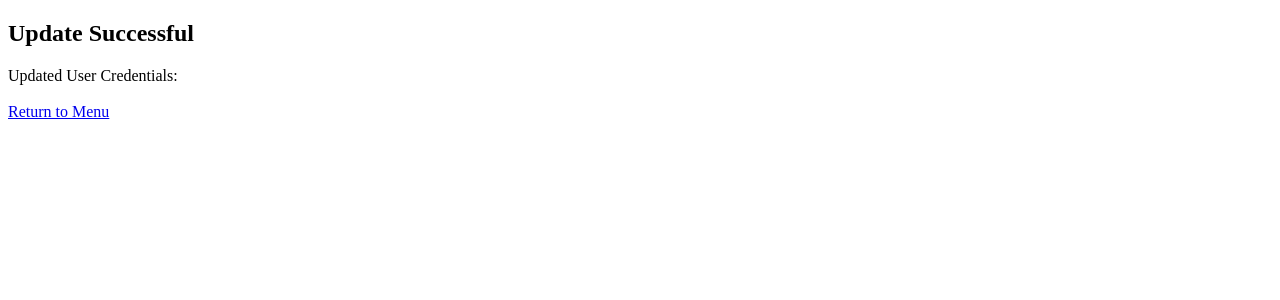
Repository: balinenibhanuprakash444/projects-All-Phases
Page: http://localhost/UpdatingUserInformation/update.jsp
An editor plug-in stored every save of this project. The page is shown before and after the next save, followed by the edit.
The browser window is 1280 px wide. The pictures show the whole page.
The page is served by Tomcat 9. Other server files are loaded and not shown.

Above is the page before, as saved 2022-04-06 08:53:36.

### Phase3Projects/practiseProjects/UpdatingUserInformation/src/main/webapp/update.jsp
<%@ page language="java" contentType="text/html; charset=ISO-8859-1"
    pageEncoding="ISO-8859-1"%>
<!DOCTYPE html>
<html>
<head>
<meta charset="ISO-8859-1">
<title>Insert title here</title>
</head>
<body>
<h2>Update Successful</h2>
Updated User Credentials: ${updatedUser.toString()}
<br/><br/>
<a href="/">Return to Menu</a>
</body>
</html>

After the next save:
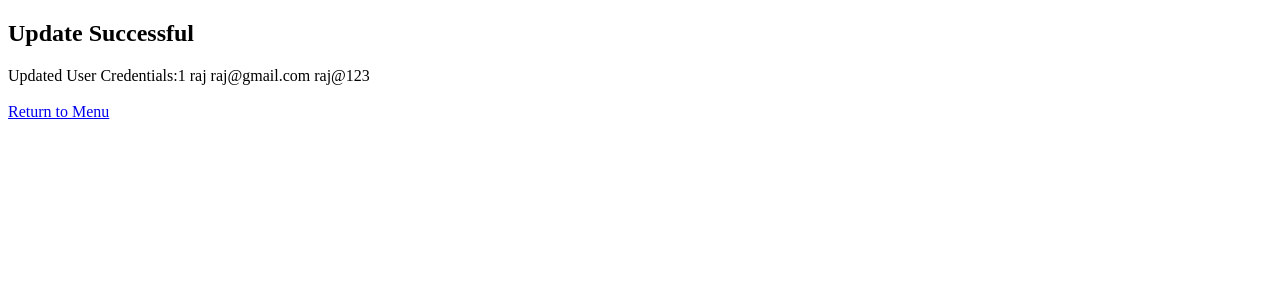
Saved 83 s later.
--- a/Phase3Projects/practiseProjects/UpdatingUserInformation/src/main/webapp/update.jsp
+++ b/Phase3Projects/practiseProjects/UpdatingUserInformation/src/main/webapp/update.jsp
@@ -8,7 +8,7 @@
 </head>
 <body>
 <h2>Update Successful</h2>
-Updated User Credentials: ${updatedUser.toString()}
+Updated User Credentials:1 raj raj@gmail.com raj@123 ${updatedUser.toString()}
 <br/><br/>
 <a href="/">Return to Menu</a>
 </body>

After the save that followed:
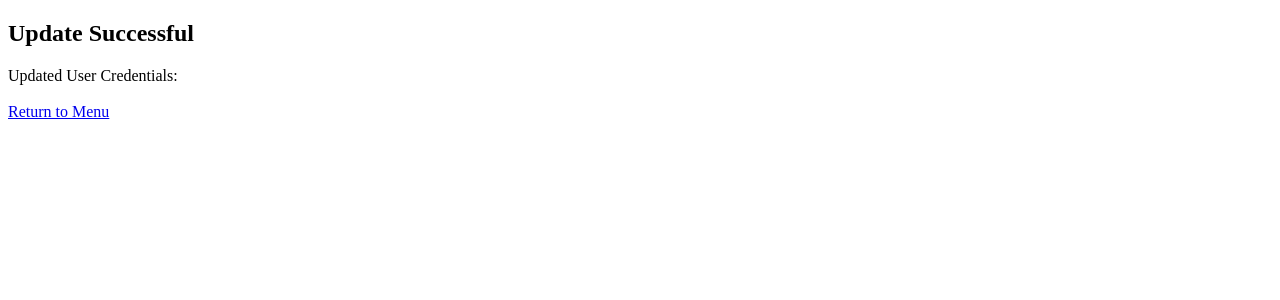
Saved 6 min 53 s later.
--- a/Phase3Projects/practiseProjects/UpdatingUserInformation/src/main/webapp/update.jsp
+++ b/Phase3Projects/practiseProjects/UpdatingUserInformation/src/main/webapp/update.jsp
@@ -8,7 +8,7 @@
 </head>
 <body>
 <h2>Update Successful</h2>
-Updated User Credentials:1 raj raj@gmail.com raj@123 ${updatedUser.toString()}
+Updated User Credentials:${updatedUser.toString()}
 <br/><br/>
 <a href="/">Return to Menu</a>
 </body>
